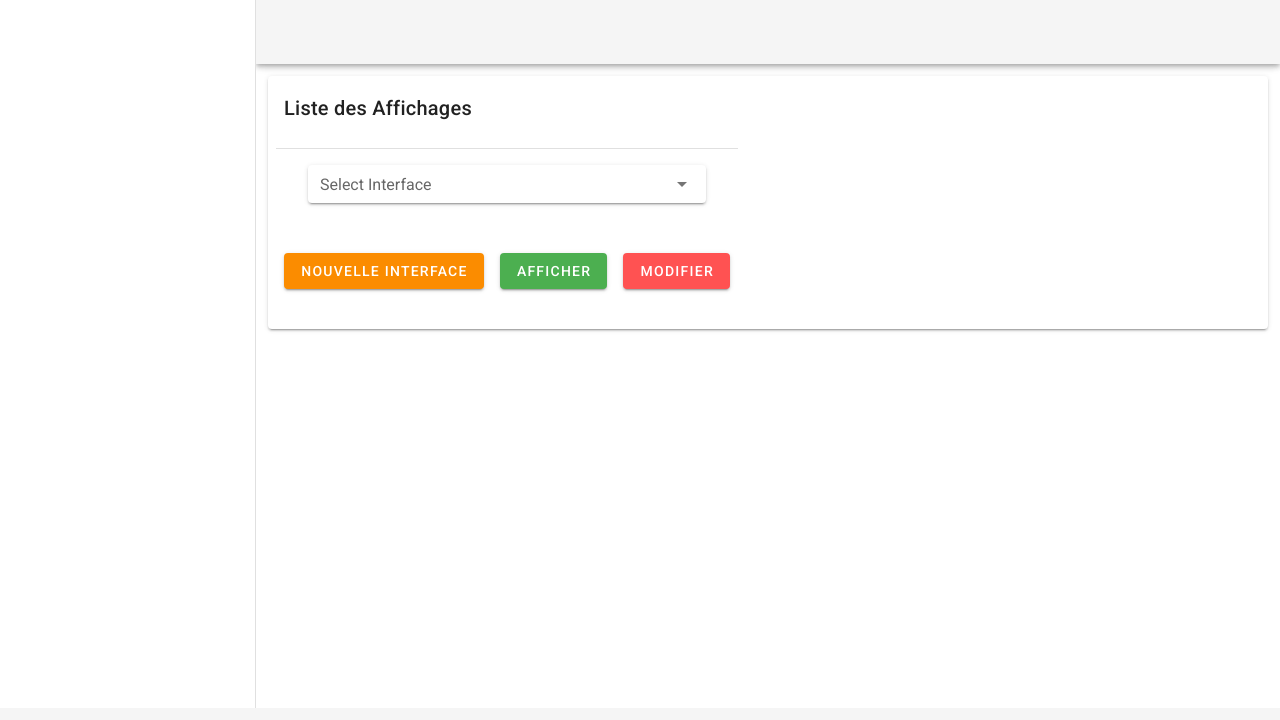
Repository: Hamagistral/BannerApp-Vue
Page: /#/
An editor plug-in stored every save of this project. The page is shown before and after the next save, followed by the edit.
The browser window is 1280 px wide. The pictures show the whole page.
The project was rebuilt for these pictures with package versions that can differ from the ones it lists, and the page was loaded fresh each time. Also part of the build but not shown: vue.config.js. Imported but missing from the stored project, and not drawn on this page: src/DynamicPage.vue.

Above is the page before, as saved 2023-02-07 01:11:05.

After the next save:
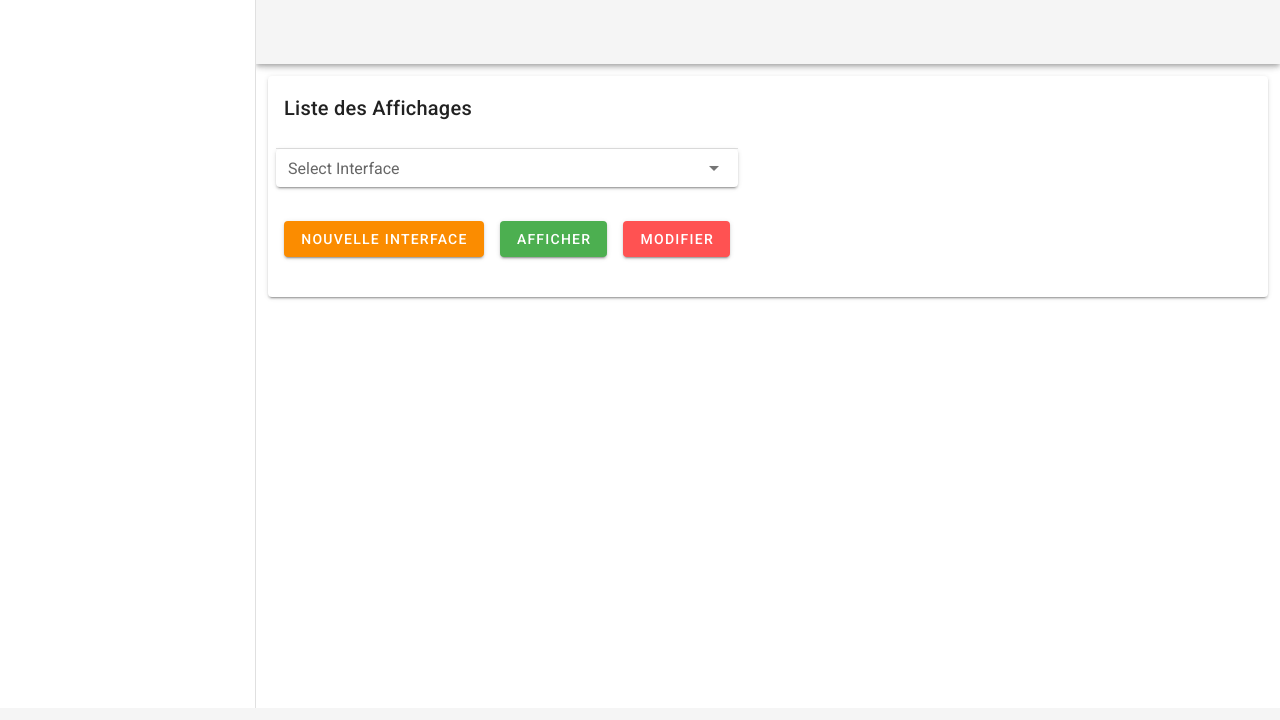
Saved 5 s later.
--- a/src/Home.vue
+++ b/src/Home.vue
@@ -11,7 +11,7 @@
               <div class="text-center">
                 <v-divider></v-divider>
                 <v-select
-                  class="my-4 mx-8"
+                  class=""
                   :items="items"
                   label="Select Interface"
                   dense
